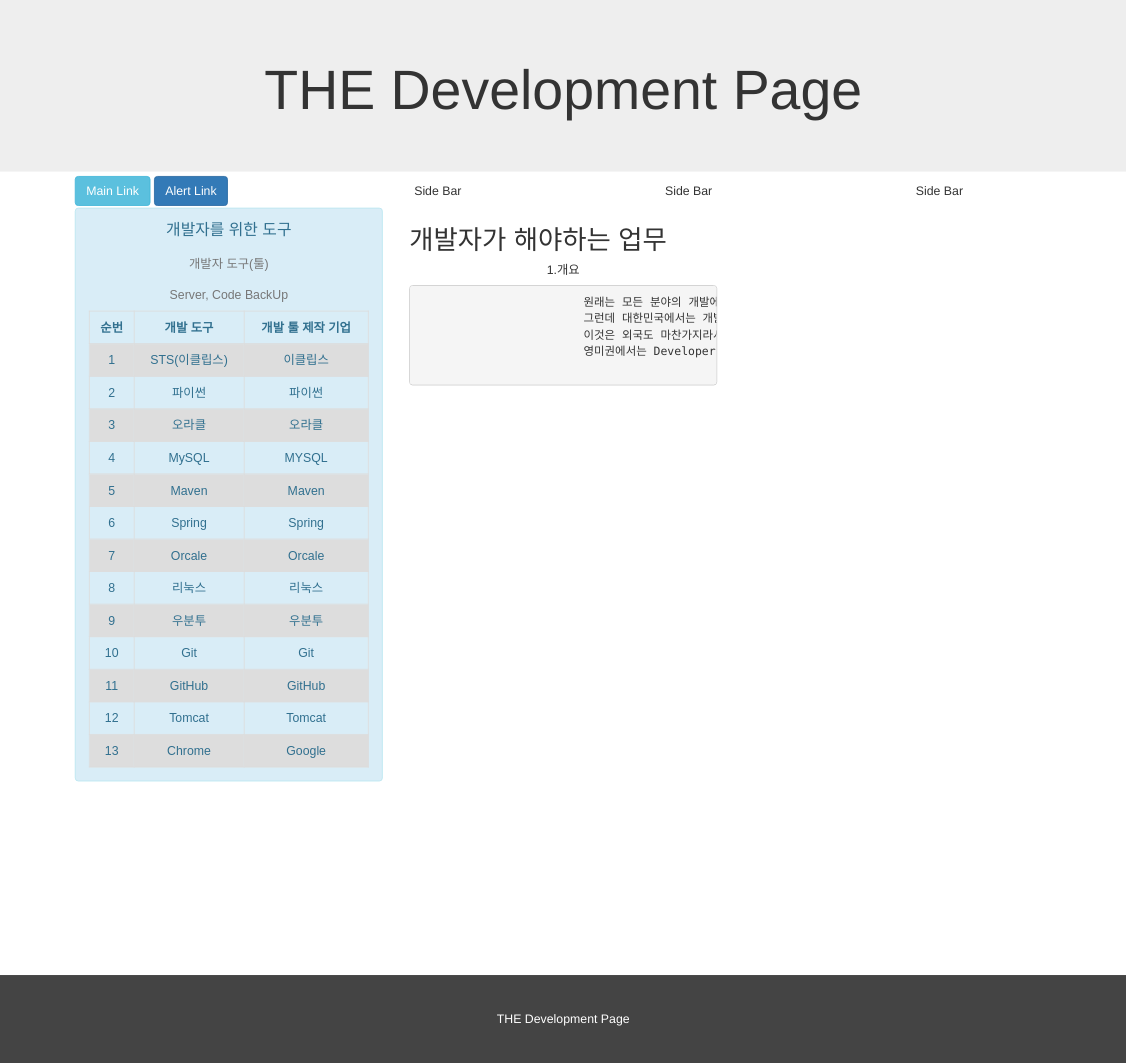
Repository: as2019a/spring
Page: http://localhost/ch19_project_mavenwebsite/WEB-INF/views/development.jsp
The author's editor kept a copy of each file at every save. The page is drawn from the files as they stood at one save, then again after the next save.
The browser window is 1280 px wide. The pictures show the whole page, at 88% of full size.
Some web libraries are served in a nearby version. The page is served by Tomcat 9. Nobody is signed in. The template is opened directly, without the code that normally fills it, so the values that code supplies are empty.

Above is the page before, as saved 2019-01-30 08:08:38.

After the next save:
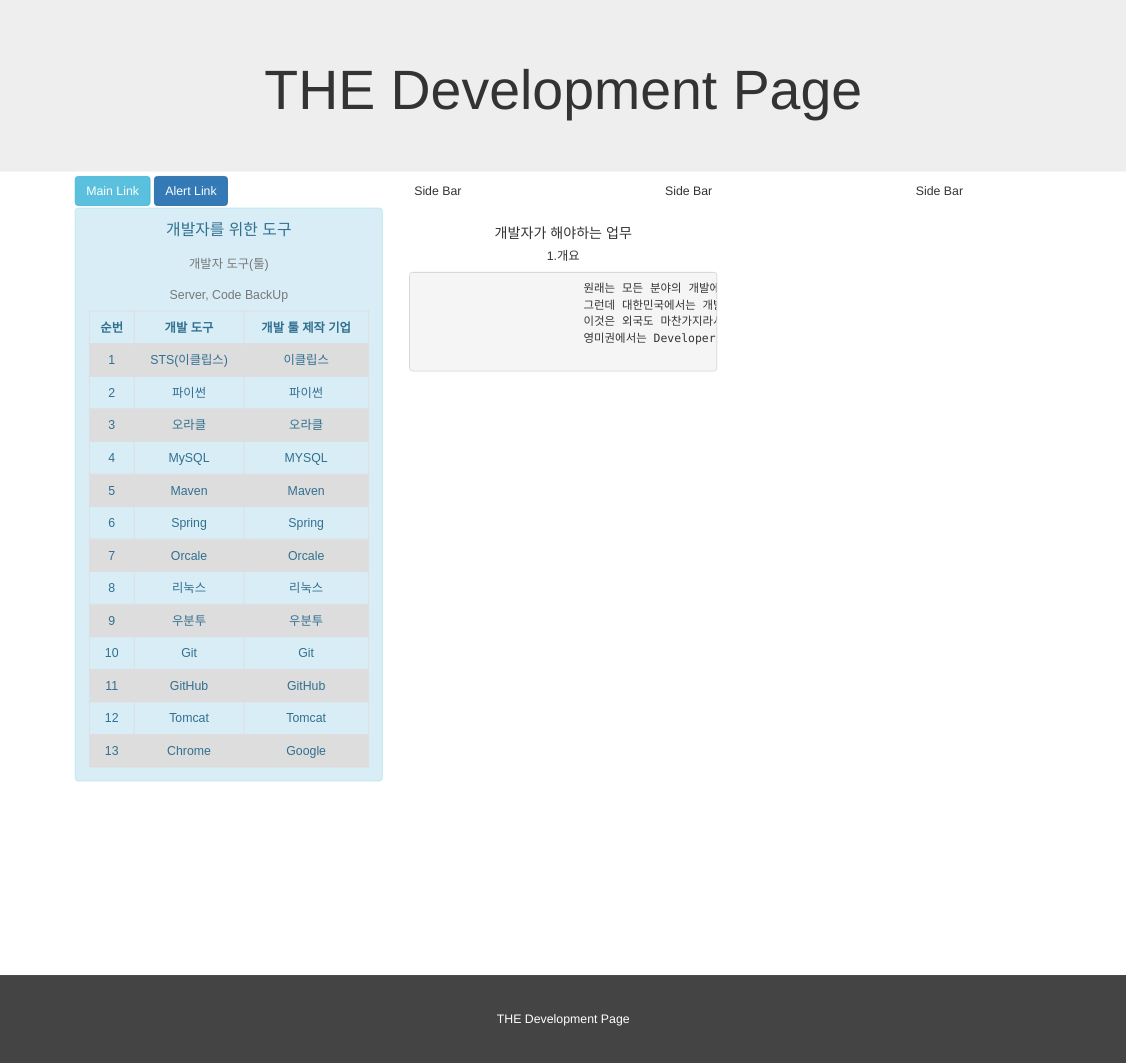
Saved 46 s later.
--- a/ch19_project_mavenwebsite/src/main/webapp/WEB-INF/views/development.jsp
+++ b/ch19_project_mavenwebsite/src/main/webapp/WEB-INF/views/development.jsp
@@ -165,7 +165,7 @@
 	    		</div>
 	    	</div>
 	    	<div class="col-xs-4">
-	    		<h2>개발자가 해야하는 업무</h2>
+	    		<h2 style="font-size:medium;text-align:center;">개발자가 해야하는 업무</h2>
 	    		<h5>1.개요</h5>
 	    		<pre>
 	    		원래는 모든 분야의 개발에 대해 사용되는 용어다.
